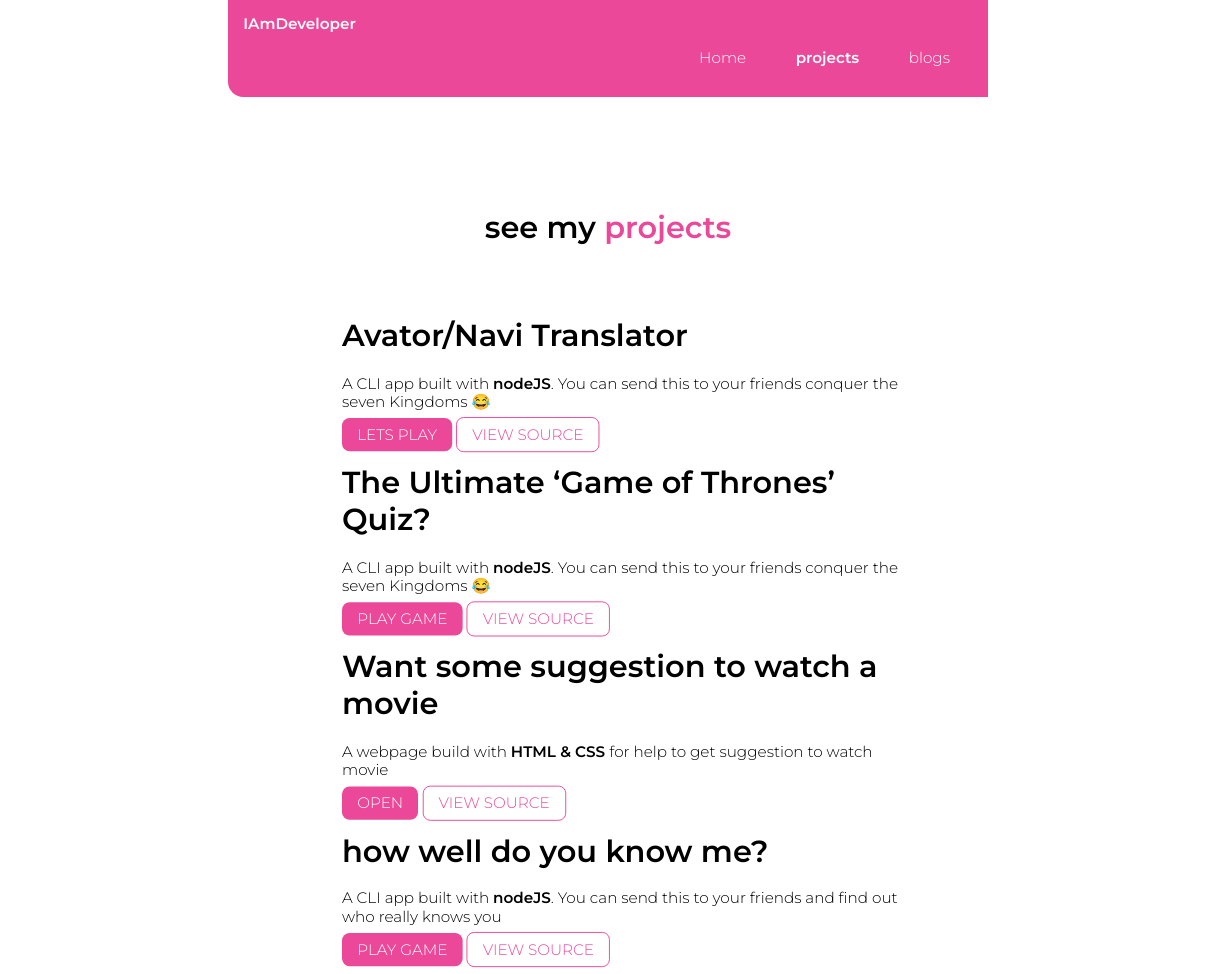
Repository: sohan2503001/Portfolio
Page: projects.html
The author's editor kept a copy of each file at every save. The page is drawn from the files as they stood at one save, then again after the next save.
The browser window is 1280 px wide. The pictures show the whole page, at 95% of full size.

Above is the page before, as saved 2021-04-21 12:47:56.

After the next save:
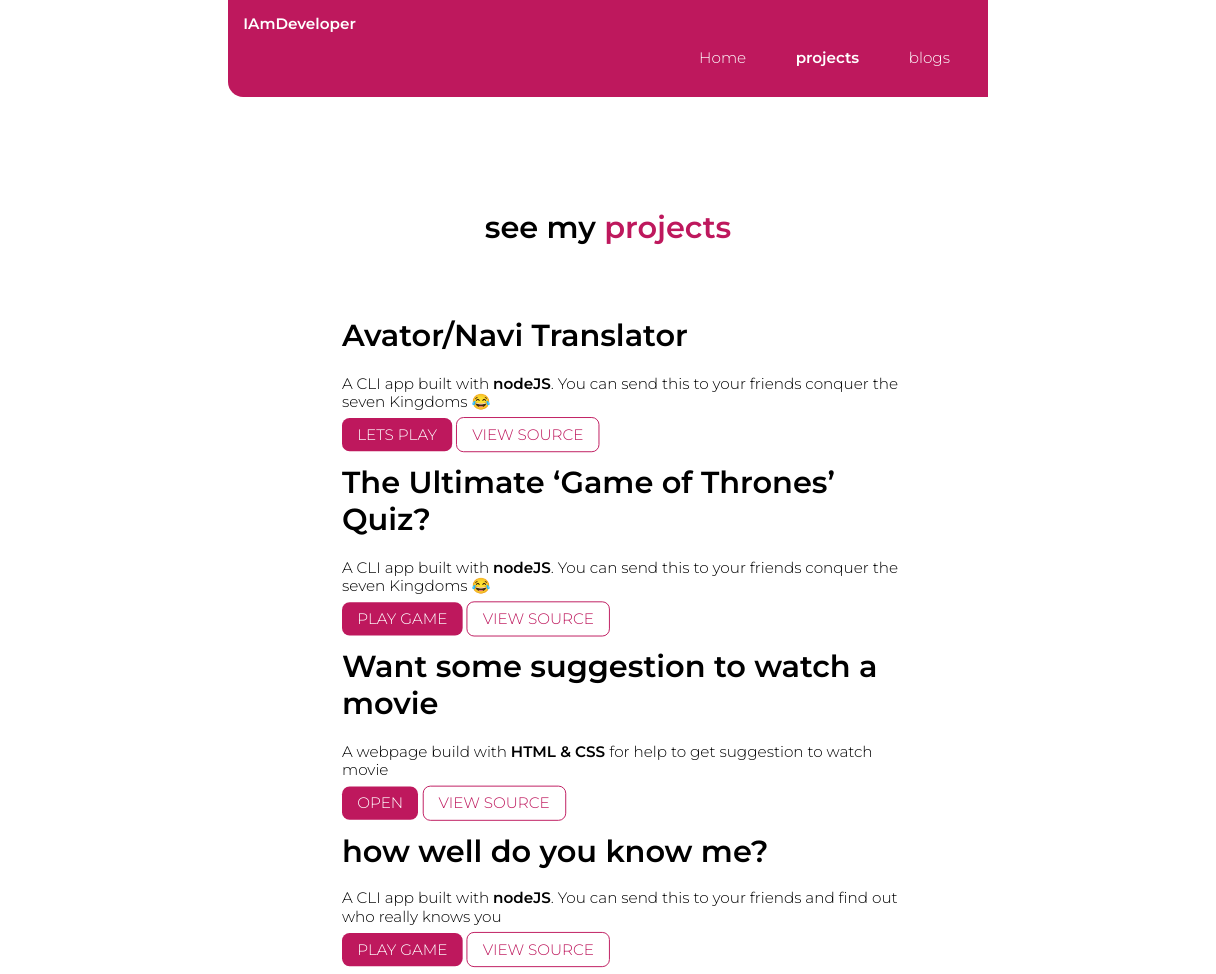
Saved 2 min 28 s later.
--- a/style.css
+++ b/style.css
@@ -1,7 +1,7 @@
 @import url('https://fonts.googleapis.com/css2?family=Montserrat:wght@300;600&display=swap');
 
 :root{
-    --primary-color: #EC4899;
+    --primary-color: #BE185D;
     --dark-gray: #4B5563;
     --off-white: #FBCFE8;
 }
